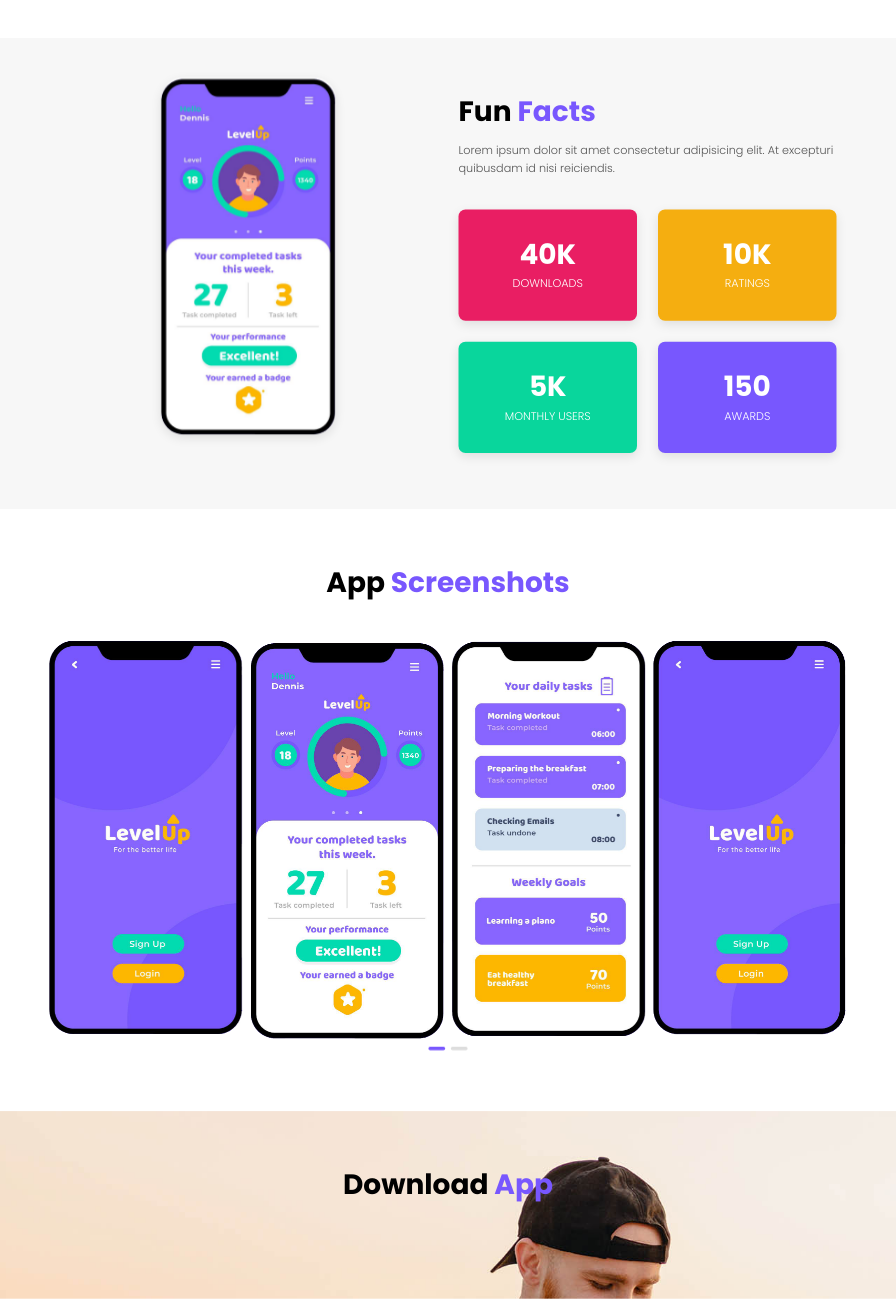
Repository: Mohamed-Hema/Shala-App
Page: index.html
An editor plug-in stored every save of this project. The page is shown before and after the next save, followed by the edit.
The browser window is 1280 px wide. The pictures show the part of the page from y = 1406 to 3326 px (the page is 3261 px tall before and 3326 px after), at 70% of full size.
Some web libraries are served in a nearby version.

Above is the page before, as saved 2021-02-19 17:29:04.

### index.html
<!DOCTYPE html>
<html lang="zxx">
<head>
  <title>Shala - App Landing Page</title>
  <meta charset="utf-8">
  <meta name="viewport" content="width=device-width, initial-scale=1">
  <!-- owl carousel css -->
  <link rel="stylesheet" href="css/owl.carousel.min.css">
  <!-- font awesome icons -->
  <script src="https://kit.fontawesome.com/794108ad0e.js" crossorigin="anonymous"></script>
  <!-- bootstrap css -->
  <link rel="stylesheet" href="css/bootstrap.min.css">
  <!-- main css -->
  <link rel="stylesheet" href="css/style.css">
</head>
<body>

  <!-- Start NavBar -->
  <nav class="navbar navbar-expand-md fixed-top">
    <div class="container">
      <!-- Brand -->
      <a class="navbar-brand" href="#">Shala App</a>

      <!-- Toggler/collapsibe Button -->
      <button class="navbar-toggler" type="button" data-toggle="collapse" data-target="#collapsibleNavbar">
        <span class="navbar-toggler-icon"></span>
      </button>

      <!-- Navbar links -->
      <div class="collapse navbar-collapse" id="collapsibleNavbar">
        <ul class="navbar-nav ml-auto">
          <li class="nav-item">
            <a class="nav-link active" href="#">Home</a>
          </li>
          <li class="nav-item">
            <a class="nav-link" href="#">Features</a>
          </li>
          <li class="nav-item">
            <a class="nav-link" href="#">Screenshots</a>
          </li>
          <li class="nav-item">
            <a class="nav-link" href="#">Testimonials</a>
          </li>
          <li class="nav-item">
            <a class="nav-link" href="#">Pricing</a>
          </li>
          <li class="nav-item">
            <a class="nav-link" href="#">Contact</a>
          </li>
        </ul>
      </div>
    </div>
  </nav>

  <!-- End NavBar -->
  <!-- Start Home Section -->
  <section class="home d-flex align-items-center">
    <div class="effect-wrap">
      <i class="fas fa-plus effect effect-1"></i>
      <i class="fas fa-plus effect effect-2"></i>
      <i class="fas fa-circle-notch effect effect-3"></i>
    </div>
    <div class="container">
      <div class="row align-items-center">
        <div class="col-md-7">
          <div class="home-text">
            <h1>Best Mobile App Template for your Business</h1>
            <p>Lorem, ipsum dolor sit amet consectetur adipisicing elit. Ratione soluta, expedita explicabo culpa et vero. Cumque facere harum aliquid.</p>
            <div class="home-btn">
              <a href="#" class="btn btn-1">Download App</a>
              <button type="button" class="btn btn-1 video-play-btn">
                <i class="fas fa-play"></i>
              </button>
            </div>
          </div>
        </div>
        <div class="col-md-5 text-center">
          <div class="home-img">
            <div class="circle"></div>
            <img src="img/app-screenshots/1.png" alt="First App Screen">
          </div>
        </div>
      </div>
    </div>
  </section>
  <!-- End Home Section -->
  <!-- Start Video PopUp -->
  <div class="video-popup">
    <div class="video-popup-inner">
      <i class="fas fa-times video-popup-close"></i>
      <div class="iframe-box">
        <iframe id="player-1" src="https://www.youtube.com/embed/o1eY1MPcRQs" allow="accelerometer; autoplay; clipboard-write; encrypted-media; gyroscope; picture-in-picture" allowfullscreen></iframe>
      </div>
    </div>
  </div>
  <!-- End Video PopUP -->
  <!-- Start Features Section -->
  <section class="features section-padding">
    <div class="container">
      <div class="row justify-content-center">
        <div class="col-lg-8">
          <div class="section-title">
            <h2>Awesome <span>Features</span></h2>
          </div>
        </div>
      </div>
      <div class="row">
        <div class="owl-carousel features-carousel">
          <div class="feature-item">
            <div class="icon"><i class="fas fa-code"></i></div>
            <h3>Clean Code</h3>
            <p>Lorem ipsum dolor sit amet consectetur adipisicing elit. Delectus doloremque rerum omnis ratione! Voluptatum minima dicta alias.</p>
          </div>
          <div class="feature-item">
            <div class="icon"><i class="fas fa-edit"></i></div>
            <h3>Auto Install System</h3>
            <p>Lorem ipsum dolor sit amet consectetur adipisicing elit. Delectus doloremque rerum omnis ratione! Voluptatum minima dicta alias.</p>
          </div>
          <div class="feature-item">
            <div class="icon"><i class="fas fa-code"></i></div>
            <h3>Beautiful Code</h3>
            <p>Lorem ipsum dolor sit amet consectetur adipisicing elit. Delectus doloremque rerum omnis ratione! Voluptatum minima dicta alias.</p>
          </div>
          <div class="feature-item">
            <div class="icon"><i class="fas fa-check"></i></div>
            <h3>Fast Load App</h3>
            <p>Lorem ipsum dolor sit amet consectetur adipisicing elit. Delectus doloremque rerum omnis ratione! Voluptatum minima dicta alias.</p>
          </div>
          <div class="feature-item">
            <div class="icon"><i class="fas fa-desktop"></i></div>
            <h3>Responsive Design</h3>
            <p>Lorem ipsum dolor sit amet consectetur adipisicing elit. Delectus doloremque rerum omnis ratione! Voluptatum minima dicta alias.</p>
          </div>

        </div>
      </div>
    </div>
  </section>

  <!-- End Features Section -->
  <!-- Start Fun Facts Section -->
  <section class="fun-facts section-padding">
    <div class="container">
      <div class="row">
        <div class="col-lg-6 col-md-5 d-flex align-items-center justify-content-center">
          <div class="fun-facts-img">
            <img src="img/app-screenshots/2.png" alt="Fun Facts">
          </div>
        </div>
        <div class="col-lg-6 col-md-7">
          <div class="section-title">
            <h2>Fun <span>Facts</span></h2>
          </div>
          <div class="fun-facts-text">
            <p>Lorem ipsum dolor sit amet consectetur adipisicing elit. At excepturi quibusdam id nisi reiciendis.</p>
            <div class="row">
              <div class="col-sm-6">
                <div class="fun-fact-item style-1">
                  <h3>40K</h3>
                  <span>Downloads</span>
                </div>
              </div>
              <div class="col-sm-6">
                <div class="fun-fact-item style-2">
                  <h3>10K</h3>
                  <span>Ratings</span>
                </div>
              </div>
              <div class="col-sm-6">
                <div class="fun-fact-item style-3">
                  <h3>5K</h3>
                  <span>Monthly Users</span>
                </div>
              </div>
              <div class="col-sm-6">
                <div class="fun-fact-item style-4">
                  <h3>150</h3>
                  <span>Awards</span>
                </div>
              </div>
            </div>
            </div>
          </div>
        </div>
      </div>
    </div>
  </section>

  <!-- End Fun Facts Section -->
  <!-- Start App Screenshots Section -->
  <section class="app-screenshots section-padding">
    <div class="container">
      <div class="row justify-content-center">
        <div class="col-lg-8">
          <div class="section-title">
            <h2>App <span>Screenshots</span></h2>
          </div>
        </div>
      </div>
      <div class="row">
        <div class="owl-carousel screensots-carousel">
          <div class="screenshots-item">
            <img src="img/app-screenshots/1.png" alt="Screenshot">
          </div>
          <div class="screenshots-item">
            <img src="img/app-screenshots/2.png" alt="Screenshot">
          </div>
          <div class="screenshots-item">
            <img src="img/app-screenshots/3.png" alt="Screenshot">
          </div>
          <div class="screenshots-item">
            <img src="img/app-screenshots/1.png" alt="Screenshot">
          </div>
          <div class="screenshots-item">
            <img src="img/app-screenshots/2.png" alt="Screenshot">
          </div>

        </div>
      </div>
    </div>
  </section>

  <!-- End App Screenshots Section -->
  <!-- Start App Downlaod Section -->
  <section class="app-download section-padding">
    <div class="container">
      <div class="row justify-content-center">
        <div class="col-lg-8">
          <div class="section-title">
            <h2>Download <span>App</span></h2>
          </div>
        </div>
      </div>
    </div>
  </section>
  <!-- End App Downlaod Section -->

<!-- jquery js -->
<script src="js/jquery.min.js"></script>
<!-- popper js -->
<script src="js/popper.min.js"></script>
<!-- bootstrap js -->
<script src="js/bootstrap.min.js"></script>
<!-- owl carousel js -->
<script src="js/owl.carousel.min.js"></script>
<!-- ScrollIt js -->
<script src="js/scrollIt.min.js"></script>
<!-- main js -->
<script src="js/main.js"></script>
</body>
</html>

### css/style.css
/* Start Global Styles */
@import url('https://fonts.googleapis.com/css2?family=Poppins:wght@300;400;500;600;700;800;900&display=swap');

*{
    margin: 0;
    padding: 0;
    outline: none!important;
}

:root{
    --main-color: #7857fe;
    --color-1: #e91e63;
    --color-2: #f5ae10;
    --color-3: #09d69c;
    --bg-dark: #2b2c2f;
    --main-to-dark-color: var(--main-color);
    --dark-to-main-color: var(--bg-dark);
    --shadow-black-100: 0 5px 15px rgba(0,0,0,.1);
    --shadow-black-300: 0 5px 15px rgba(0,0,0,.3);
    --black-900: #000;
    --black-400: #555555;
    --black-100: #f7f7f7;
    --black-000: #fff;
    --black-alpha-100: rgba(0,0,0,0.05);
}

body{
    font-family: 'Poppins', sans-serif;
    font-size: 16px;
    font-weight: 400;
    overflow-x: hidden;
    background-color: #fff;
    line-height: 1.5;
}
img{
    max-width: 100%;
    vertical-align: middle;
}
ul{
    list-style: none;
}
.btn-1{
    background-color: #fff;
    padding: 12px 30px;
    border: none;
    border-radius: 30px;
    color: var(--main-color);
    font-size: 16px;
    transition: all .5s ease;
    box-shadow: var(--shadow-black-300);
    font-weight: 500;
}
.btn-1:focus{
    box-shadow: var(--shadow-black-300);
}
.btn-1:hover{
    color: #fff;
    background-color: var(--main-color);
}
@keyframes spin_01{
    0%{
        transform: rotate(0deg);
    }
    100%{
        transform: rotate(360deg);
    }
}
@keyframes bounceTop_01{
    0%, 100%{
        transform: translateY(-30px);
    }
    50%{
        transform: translateY(0px);
    }
}
@keyframes pulse_01{
    0%{
        transform: scale(0.94);
        box-shadow: 0 0 0 0 rgba(255,255,255,0.7);
    }
    70%{
        transform: scale(1);
        box-shadow: 0 0 0 12px rgba(255,255,255,0);
    }
    100%{
        transform: scale(0.94);
        box-shadow: 0 0 0 0 rgba(255, 255, 255, 0);
    }
}
.effect-wrap .effect{
    position: absolute;
    z-index: -1;
}
.effect-wrap .effect-1{
    left: 20%;
    top: 20%;
    font-size: 20px;
    color: var(--color-2);
    animation: spin_01 5s linear infinite;
}
.effect-wrap .effect-2{
    right: 5%;
    top: 10%;
    font-size: 25px;
    color: rgba(255, 255, 255, .5);
    animation: spin_01 7s linear infinite;
}
.effect-wrap .effect-3{
    left: 5%;
    bottom: 30%;
    font-size: 25px;
    color: var(--color-3);
    animation: bounceTop_01 3s linear infinite;
}
.section-padding{
    padding: 80px 0;
}
.section-title h2{
    font-size: 40px;
    color: var(--black-900);
    font-weight: 700;
    text-align: center;
    margin: 0;
}
.section-title{
    margin-bottom: 60px;
}
.section-title h2 span{
    color: var(--main-color);
}
.owl-carousel .owl-dots{
    color: var(--main-color);
}
.owl-carousel .owl-dots{
    text-align: center;
}
.owl-carousel .owl-dots .active{
    background-color: var(--main-color);
}
.owl-carousel button.owl-dot{
    height: 5px;
    width: 24px;
    background-color: #ddd;
    display: inline-block;
    margin: 0 4px;
    border-radius: 5px;
}
/* End Global Styles */
/* Start Navbar */
.navbar{
    background-color: transparent;
    padding: 20px 0;
    transition: all .5s ease;
}
.navbar.navbar-shrink{
    box-shadow: 0 10px 10px rgba(0, 0, 0, .1);
    background-color: var(--main-color);
    padding: 10px 0;
}
.navbar > .container{
    padding: 0 15px;
}
.navbar .navbar-brand{
    font-size: 30px;
    color: #fff;
    font-weight: 500;
}
.navbar .nav-item{
    margin-left: 40px;
}
.navbar .nav-item .nav-link{
    color: #fff;
    font-size: 16px;
    font-weight: 400;
    padding: 5px 0;
    position: relative;
}
.navbar .nav-item .nav-link::before{
    content: '';
    position: absolute;
    left: 0;
    right: 0;
    bottom: 0;
    height: 1px;
    background-color: #fff;
    transition: all .5s ease;
    transform: scale(0);
}
.navbar .nav-item .nav-link.active::before,
.navbar .nav-item .nav-link:hover::before{
    transform: scale(1);
}
.navbar .nav-item .nav-link:hover.active::before{
    transform: scale(0);
}
/* End Navbar */
/* Start Home Section */
.home{
    min-height: 100vh;
    padding: 150px 0;
    background-color: var(--main-to-dark-color);
    border-radius: 0 0 200px 0;
    position: relative;
    z-index: 1;
}
.home-text h1{
    font-size: 45px;
    font-weight: 700;
    color: #fff;
    margin: 0 0 20px;
}
.home-text p{
    font-size: 18px;
    line-height: 28px;
    color: #fff;
    margin: 0;
    font-weight: 300;
}
.home .home-btn{
    margin-top: 40px;
}
.home .home-btn .video-play-btn:hover{
    animation: none;
    box-shadow: var(--shadow-black-300);
}
.home .home-btn .video-play-btn{
    margin-left: 30px;
    height: 50px;
    width: 50px;
    padding: 0;
    font-size: 16px;
    animation: pulse_01 2s ease infinite;
}
.home .home-btn .video-play-btn i{
    line-height: 50px;
}
.home-img img{
    max-width: 250px;
    width: 100%;
    box-shadow: var(--shadow-black-100);
    border-radius: 32px;
    animation: bounceTop_01 3s ease infinite;
}

.home-img{
    position: relative;
}
.home-img .circle{
    position: absolute;
    z-index: 1;
    height: 400px;
    width: 400px;
    border: 1px solid rgba(255, 255, 255, .2);
    border-radius: 50%;
    top: 50%;
    left: 50%;
    transform: translate(-50%, -50%);
}
.home-img .circle::before{
    content: '';
    position: absolute;
    height: 60px;
    width: 60px;
    background-color: rgba(255, 255, 255, .4);
    border-radius: 50%;
    left: 30px;
    top: 30px;
    transform-origin: 170px 170px;
    animation: spin_01 10s linear infinite;
}
/* Video PopUP */
.video-popup{
    padding: 30px;
    position: fixed;
    left: 0;
    top: 0;
    width: 100%;
    height: 100%;
    z-index: 1999;
    background-color: rgba(0,0,0,.7);
    display: flex;
    align-items: center;
    justify-content: center;
    opacity: 0;
    visibility: hidden;
    transition: all .5s ease;
}
.video-popup.open{
    opacity: 1;
    visibility: visible;
}
.video-popup-inner{
    width: 100%;
    max-width: 900px;
    position: relative;
}
.video-popup .video-popup-close{
    position: absolute;
    right: 0;
    top: -30px;
    height: 30px;
    width: 30px;
    font-size: 16px;
    text-align: center;
    line-height: 30px;
    cursor: pointer;
    color: #fff;

}
.video-popup .iframe-box{
    height: 0;
    overflow-x: hidden;
    padding-top: 56.25%;
}
.video-popup #player-1 {
    position: absolute;
    left: 0;
    top: 0;
    width: 100%;
    height: 100%;
    border: 0;
}
/* End Home Section */
/* Start Features Section */
.features .feature-item{
    box-shadow: var(--shadow-black-100);
    margin: 15px;
    padding: 30px;
    border-radius: 10px;
    text-align:center;
    position: relative;
    z-index: 1;
    overflow: hidden;
}
.features .feature-item::after,
.features .feature-item::before{
    content: '';
    position: absolute;
    z-index: -1;
    border-radius: 50%;
    transition: all .5s ease;
    opacity: 0;
}
.features .feature-item::before{
    height: 20px;
    width: 20px;
    background-color: var(--color-1);
    left: -20px;
    top: 40%;
}
.features .feature-item::after{
    height: 30px;
    width: 30px;
    background-color: var(--color-2);
    left: -30px;
    top: 80%;
}
.features .feature-item .icon{
    height: 60px;
    width: 60px;
    margin: 0 auto 30px;
    text-align: center;
    font-size: 30px;
    color: var(--main-color);
    position: relative;
    z-index: 1;
    transition: all .5s ease;
    cursor: pointer;
}
.features .feature-item .icon::before{
    content: '';
    position: absolute;
    left: 100%;
    top: 0;
    width: 100%;
    height: 100%;
    background-color: var(--main-color);
    transition: all .5s ease;
    z-index: -1;
    opacity: 0;
}
.features .feature-item:hover .icon{
    color: #fff;
    font-size: 20px;
}
.features .feature-item:hover .icon::before{
    left: 0;
    border-radius: 50%;
    opacity: 1;

}
.features .feature-item .icon i{
    line-height: 60px;
}
.features .feature-item h3{
    font-size: 22px;
    margin: 0 0 20px;
    color: var(--black-900);
    font-weight: 500;
}
.features .feature-item .icon p{
    font-size: 16px;
    line-height: 26px;
    font-weight: 300;
    color: var(--black-400);
    margin: 0 0 15px;
}
/* End Features Section */
/* Start Fun Facts Section */
.fun-facts{
    background-color: var(--black-100);
}
.fun-facts-img img{
    max-width: 250px;
    width: 100%;
    box-shadow: var(--shadow-black-100);
    border-radius: 32px;
    animation: bounceTop_01 3s ease infinite;
}
.fun-facts .section-title{
    margin-bottom: 20px;
}

.fun-facts .section-title h2{
    text-align: left;
}
.fun-facts-text p{
    font-size: 16px;
    line-height: 26px;
    color: var(--black-400);
    margin: 0 0 15px;
    font-weight: 300;
}
.fun-fact-item{
    padding: 40px 30px;
    text-align: center;
    box-shadow: var(--shadow-black-100);
    border-radius: 10px;
    margin-top: 30px;
    color: #fff;
}
.fun-fact-item h3{
    font-size: 40px;
    font-weight: 700;
    margin: 0 0 5px;
}
.fun-fact-item span{
    font-size: 16px;
    text-transform: uppercase;
    font-weight: 300;
    margin: 0;
    line-height: 26px;
    display: block;
}
.fun-fact-item.style-1{
    background-color: var(--color-1);
}
.fun-fact-item.style-2{
    background-color: var(--color-2);
}
.fun-fact-item.style-3{
    background-color: var(--color-3);
}
.fun-fact-item.style-4{
    background-color: var(--main-color);
}
/* End Fun Facts Section */
/* Start App Screenshots Section */
.screenshot-item{
    margin: 15px;
}
.screenshot-item img{
    width: 100%;
    max-width: 250px;
    display: block;
    margin: auto;
}

/* End App Screenshots Section */
/* Start App Downlaod Section */
.app-download{
    background-image: url(../img/download-app-bg.jpg);
}

/* End App Downlaod Section */

### js/main.js
// import $ from "jQuery";
$(document).ready(function() {
    // NavBar Shrink
    $(window).on("scroll", function() {
        if($(this).scrollTop() > 90) {
            $(".navbar").addClass("navbar-shrink");
        } else {
            $(".navbar").removeClass("navbar-shrink");
        }
    });
    // Video popUP
    const vdeoSrc = $("#player-1").attr("src");
    $(".video-play-btn, .video-popup").on("click", function() {
        if($(".video-popup").hasClass("open")) {
            $(".video-popup").removeClass("open");
            $("#player-1").attr("src", "");
        } else {
            $(".video-popup").addClass("open");
            if($("#player-1").attr("src")==''){
                $("#player-1").attr("src", videoSrc);
            }
        }
    });
    // Features Carousel
    $('.features-carousel').owlCarousel({
        loop:true,
        margin:10,
        responsiveClass:true,
        responsive:{
            0:{
                items:1,
            },
            600:{
                items:2,
            },
            1000:{
                items:3,

            }
        }
    })

    // App ScreenShots Carousel
    $('.screensots-carousel').owlCarousel({
        loop:true,
        margin:10,
        responsiveClass:true,
        responsive:{
            0:{
                items:1,
            },
            600:{
                items:2,
            },
            1000:{
                items:4,

            }
        }
    })
});

Loaded but not shown: css/owl.carousel.min.css (library); css/bootstrap.min.css (library); js/jquery.min.js (library); js/popper.min.js (library); js/bootstrap.min.js (library); js/owl.carousel.min.js (library); js/scrollIt.min.js (common file)

After the next save:
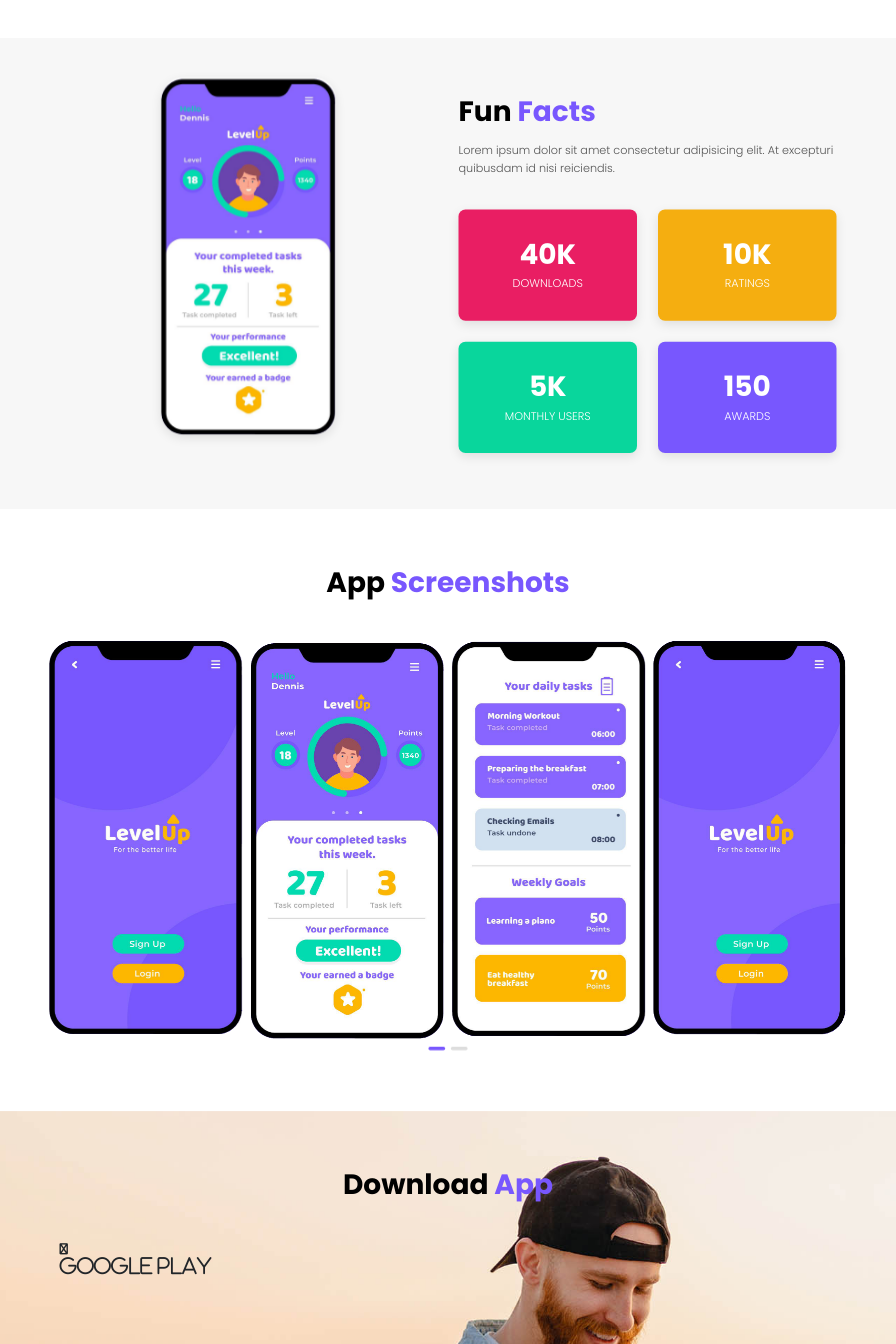
Saved 102 s later.
--- a/index.html
+++ b/index.html
@@ -231,6 +231,16 @@
           </div>
         </div>
       </div>
+      <div class="row">
+        <div class="col-lg-4 col-md-6">
+          <div class="app-download-item">
+            <i class="fas fa-google-play">
+              <h3>Google Play</h3>
+              <p></p>
+            </i>
+          </div>
+        </div>
+      </div>
     </div>
   </section>
   <!-- End App Downlaod Section -->
